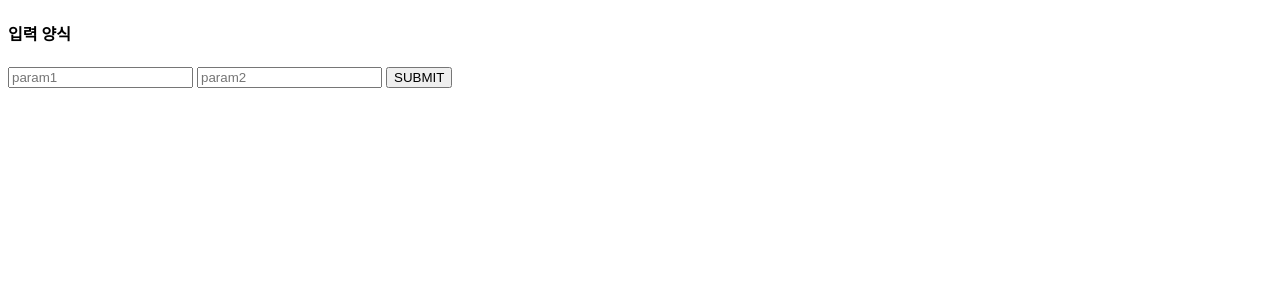
Repository: YOUNARAE/JSP
Page: http://localhost/WebStudy01/03/sampleForm.jsp
The author's editor kept a copy of each file at every save. The page is drawn from the files as they stood at one save, then again after the next save.
The browser window is 1280 px wide. The pictures show the whole page.
The page is served by Tomcat 9.

Above is the page before, as saved 2022-12-07 07:32:47.

After the next save:
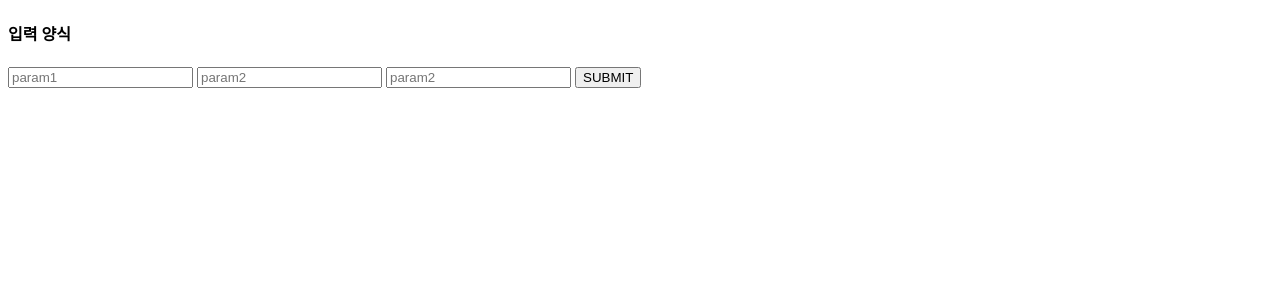
Saved 42 s later.
--- a/WebStudy01/src/main/webapp/03/sampleForm.jsp
+++ b/WebStudy01/src/main/webapp/03/sampleForm.jsp
@@ -11,6 +11,7 @@
 <form action="sampleProcess.jsp" method="get">
 	<input type="text" name="param1" placeholder="param1"/>
 	<input type="text" name="param2" placeholder="param2"/>
+	<input type="text" name="param2" placeholder="param2"/>
 	<input type="submit" value="SUBMIT" />
 </form>
 </body>
